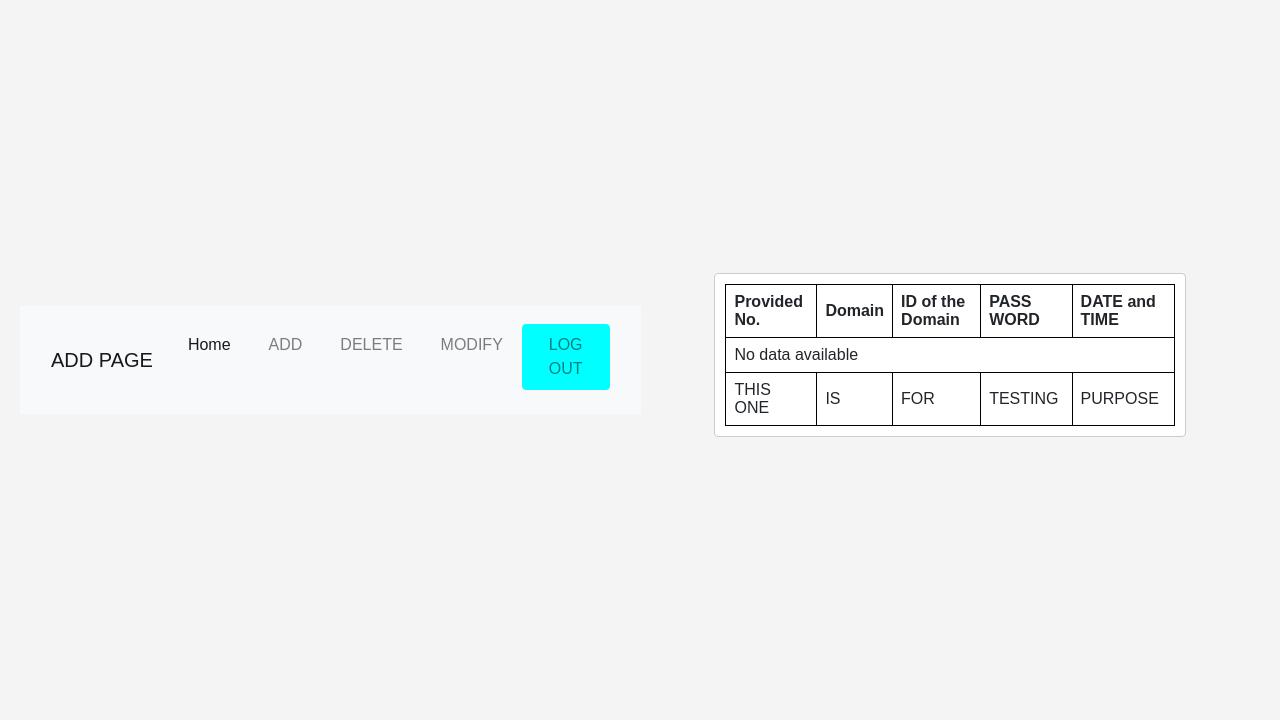
Repository: wizzy-abhishek/Projects
Page: http://localhost/Iam_Doing/Details_Action.jsp
These files come from the project's save history. The page is drawn as it stood at one moment and after the next save; the edit follows.
The browser window is 1280 px wide. The pictures show the whole page.
Some web libraries are served in a nearby version. The page is served by Tomcat 10. Nobody is signed in. The application's start-up code is not run. Other server files are loaded and not shown.

Above is the page before, as saved 2024-06-28 15:18:16.

### Iam_Doing/src/main/webapp/Details_Action.jsp
<%@ page language="java" contentType="text/html; charset=UTF-8"
    pageEncoding="UTF-8"%>
<%@ page import="java.util.List" %>
<%@ page import="com.pojo.RealInfo" %>
<html lang="en">
<head>
    <meta charset="UTF-8">
    <meta name="viewport" content="width=device-width, initial-scale=1.0">
    <link href="https://stackpath.bootstrapcdn.com/bootstrap/4.5.2/css/bootstrap.min.css" rel="stylesheet">
    <title>ADD DETAILS</title>
    <style>
        body {
            font-family: 'Arial', sans-serif;
            margin: 0;
            padding: 20px;
            display: flex;
            justify-content: center;
            align-items: center;
            height: 100vh;
            background-color: #f4f4f4;
        }

        .container {
            display: flex;
            flex-direction: column;
            align-items: center;
            width: 100%;
        }

        .scrollable-table {
            overflow-y: auto;
            max-height: 90vh; /* Adjust if needed */
            border: 1px solid #ccc;
            border-radius: 4px;
            padding: 10px;
            background-color: #fff;
            margin-bottom: 10px;
            width: 80%; /* Adjust width as needed */
        }

        table {
            width: 100%;
            border-collapse: collapse;
        }

        table, th, td {
            border: 1px solid black;
        }

        th, td {
            padding: 8px;
            text-align: left;
        }

        form input, form button {
            display: block;
            width: 100%;
            margin-bottom: 10px;
            border-radius: 8px;
            margin-down : 10px ;
            margin-right : 20px;
            margin-top : 10px ;
        }

        .form-group {
            width: 250px;
            height : 60px ;
            margin: 0 auto;
        }

        .header text-center {
            width: 300px;
            height: 300px;
            margin: 15px auto;
            background-color: #ddd;
            border: 1px solid #ccc;
            display: flex;
            justify-content: center;
            align-items: center;
            font-size: 14px;
            color: #777;
        }

        .logout-btn {
            background-color: cyan !important;
            border-color: cyan !important;
        }

        @media (max-width: 768px) {
            .scrollable-table {
                width: 100%;
            }
        }
    </style>
</head>
<body>
<nav class="navbar navbar-expand-lg navbar-light bg-light w-100">
  <div class="container-fluid">
    <a class="navbar-brand">ADD PAGE</a>
    <div class="collapse navbar-collapse" id="navbarNav">
      <ul class="navbar-nav mx-auto">
        <li class="nav-item">
          <form action="LoggedIn" method="post">
            <button type="submit" class="btn nav-link active" aria-current="page">Home</button>
          </form>
        </li>
        <li class="nav-item">
          <form action="Add_Details" method="post">
            <button type="submit" class="btn nav-link">ADD</button>
          </form>
        </li>
        <li class="nav-item">
          <form action="/option2" method="get">
            <button type="submit" class="btn nav-link">DELETE</button>
          </form>
        </li>
        <li class="nav-item">
          <form action="/option3" method="get">
            <button type="submit" class="btn nav-link">MODIFY</button>
          </form>
        </li>
        <li class="nav-item">
          <form action="Logout" method="post">
            <button type="submit" class="btn nav-link logout-btn">LOG OUT</button>
          </form>
        </li>
      </ul>
    </div>
  </div>
</nav>

<div class="container">
    <div class="scrollable-table">
        <table>
            <thead>
                <tr>
                    <th>Provided No.</th>
                    <th>Domain</th>
                    <th>ID of the Domain</th>
                    <th>PASS WORD</th>
                    <th>DATE and TIME</th>
                </tr>
            </thead>
            <tbody id="table-body">
                <%
                    List<RealInfo> realInfoList = (List<RealInfo>) session.getAttribute("realInfoList");
                    if (realInfoList != null) {
                        int providedNo = 1;
                        for (RealInfo info : realInfoList) {
                            %>
                            <tr>
                                <td><%= info.getId() %></td>
                                <td><%= info.getDomain() %></td>
                                <td><%= info.getUserID() %></td>
                                <td><%= info.getPassword() %></td>
                                <td><%= info.getAddDate() %></td>
                            </tr>
                            <%
                        }
                    } else {
                        %>
                        <tr>
                            <td colspan="5">No data available</td>
                        </tr>
                        <%
                    }
                %>
            </tbody>
        </table>
    </div>
</div>

<script>
    // Sample data to demonstrate dynamic row addition
    const data = [
        ["THIS ONE ", " IS ", "FOR ", " TESTING ", " PURPOSE "]
    ];

    const tableBody = document.getElementById('table-body');

    data.forEach(rowData => {
        const row = document.createElement('tr');
        rowData.forEach(cellData => {
            const cell = document.createElement('td');
            cell.textContent = cellData;
            row.appendChild(cell);
        });
        tableBody.appendChild(row);
    });
</script>

<script src="https://code.jquery.com/jquery-3.5.1.slim.min.js"></script>
<script src="https://cdn.jsdelivr.net/npm/@popperjs/core@2.5.4/dist/umd/popper.min.js"></script>
<script src="https://stackpath.bootstrapcdn.com/bootstrap/4.5.2/js/bootstrap.min.js"></script>
</body>
</html>

After the next save:
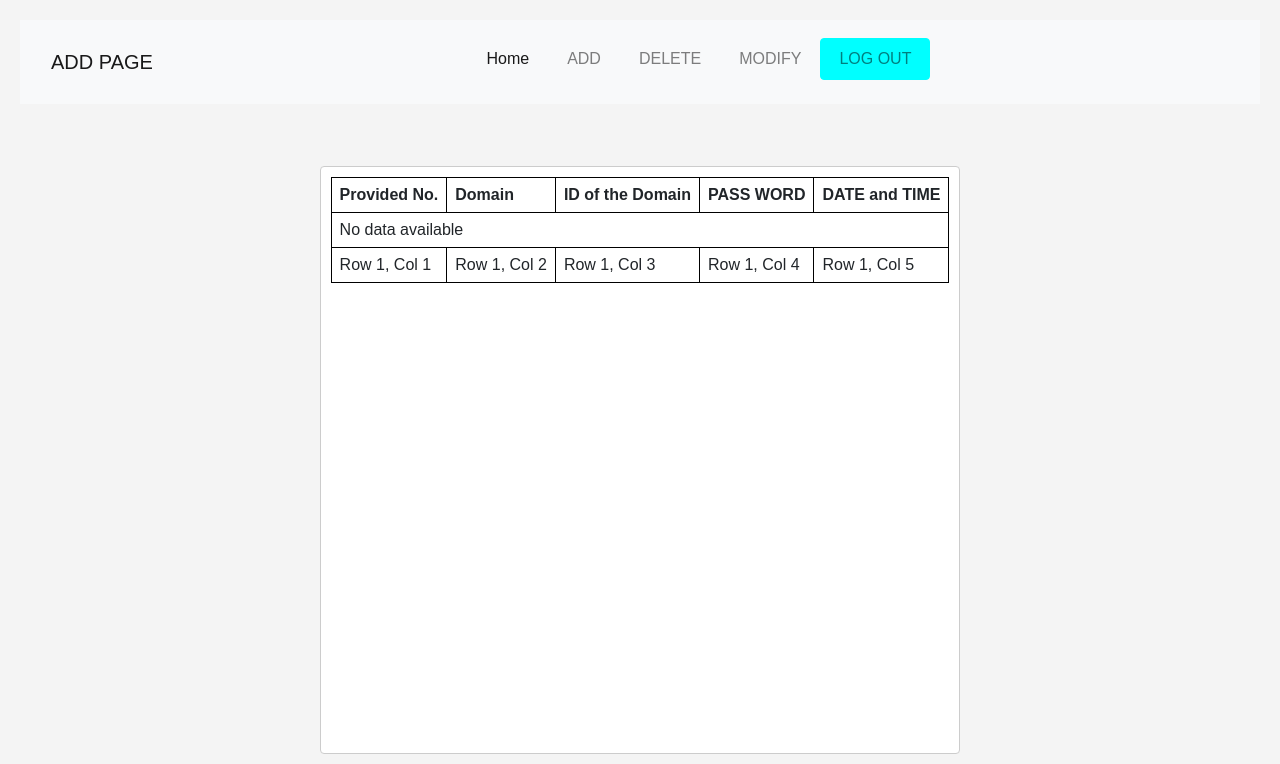
Saved 46 s later.
--- a/Iam_Doing/src/main/webapp/Details_Action.jsp
+++ b/Iam_Doing/src/main/webapp/Details_Action.jsp
@@ -15,27 +15,25 @@
             padding: 20px;
             display: flex;
             justify-content: center;
-            align-items: center;
+            align-items: flex-start;
+            flex-wrap: wrap;
             height: 100vh;
             background-color: #f4f4f4;
         }
 
-        .container {
-            display: flex;
-            flex-direction: column;
-            align-items: center;
-            width: 100%;
+        .left-column, .right-column {
+            width: 45%;
+            margin: 2.5%;
         }
 
         .scrollable-table {
             overflow-y: auto;
-            max-height: 90vh; /* Adjust if needed */
+            height: calc(90vh - 60px); /* Adjust if needed */
             border: 1px solid #ccc;
             border-radius: 4px;
             padding: 10px;
             background-color: #fff;
-            margin-bottom: 10px;
-            width: 80%; /* Adjust width as needed */
+            margin-bottom: 10px; /* Reduced margin to create less space */
         }
 
         table {
@@ -60,12 +58,14 @@
             margin-down : 10px ;
             margin-right : 20px;
             margin-top : 10px ;
+
         }
 
         .form-group {
             width: 250px;
             height : 60px ;
             margin: 0 auto;
+
         }
 
         .header text-center {
@@ -79,6 +79,7 @@
             align-items: center;
             font-size: 14px;
             color: #777;
+
         }
 
         .logout-btn {
@@ -87,8 +88,13 @@
         }
 
         @media (max-width: 768px) {
+            .left-column, .right-column {
+                width: 100%;
+                order: 1;
+            }
+
             .scrollable-table {
-                width: 100%;
+                height: auto;
             }
         }
     </style>
@@ -129,7 +135,12 @@
   </div>
 </nav>
 
-<div class="container">
+<div class="left-column">
+
+</div>
+<hr>
+
+<div class="centre">
     <div class="scrollable-table">
         <table>
             <thead>
@@ -170,10 +181,11 @@
     </div>
 </div>
 
+
 <script>
     // Sample data to demonstrate dynamic row addition
     const data = [
-        ["THIS ONE ", " IS ", "FOR ", " TESTING ", " PURPOSE "]
+        ["Row 1, Col 1", "Row 1, Col 2", "Row 1, Col 3", "Row 1, Col 4", "Row 1, Col 5"]
     ];
 
     const tableBody = document.getElementById('table-body');
